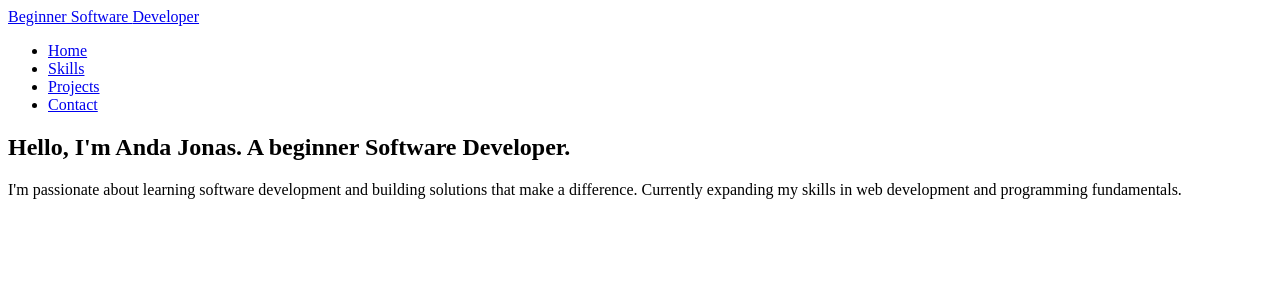
Repository: andajonas/ANDJON25111_fto2505_A_Anda-Jonas_CDV05
Page: index.html
These files come from the project's save history. The page is drawn as it stood at one moment and after the next save; the edit follows.
The browser window is 1280 px wide. The pictures show the whole page.

Above is the page before, as saved 2025-09-19 16:41:12.

After the next save:
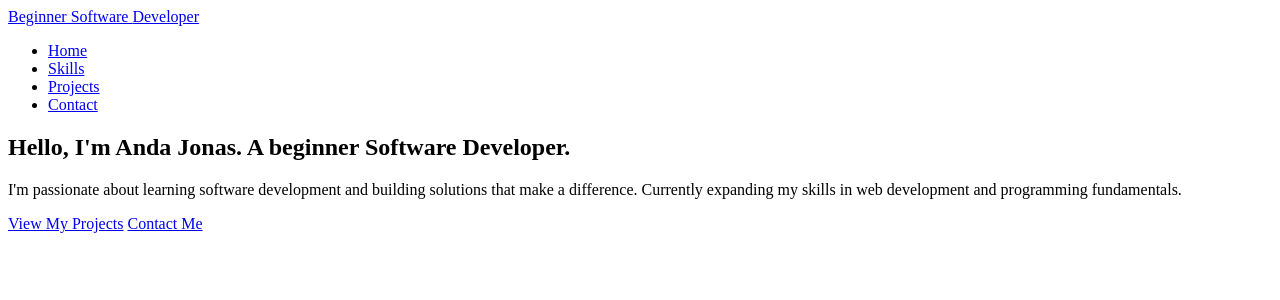
Saved 13 s later.
--- a/index.html
+++ b/index.html
@@ -30,7 +30,8 @@
                     <h1>Hello, I'm Anda Jonas.<span> A beginner Software Developer.</span></h1>
                     <p>I'm passionate about learning software development and building solutions that make a difference. Currently expanding my skills in web development and programming fundamentals.</p>
                     <div class="hero-btns">
-
+                        <a href="#projects" class="btn">View My Projects</a>
+                        <a href="#contact" class="btn btn-outline">Contact Me</a>
                     </div>
             </div>
         </div>
